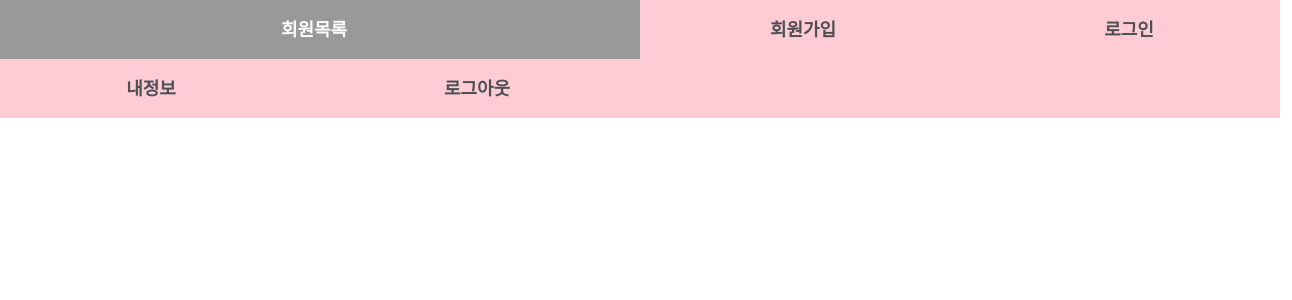
Repository: pyeonm30/PYMjspWorkspace
Page: http://localhost/MemberMVC1/01_memberlist.jsp
An editor plug-in stored every save of this project. The page is shown before and after the next save, followed by the edit.
The browser window is 1280 px wide. The page is 1292 px wide, so the pictures cover 1292 px, including what lies to the right of the window. The pictures show the whole page.
The page is served by Tomcat 10.

Above is the page before, as saved 2024-02-02 08:07:56.

After the next save:
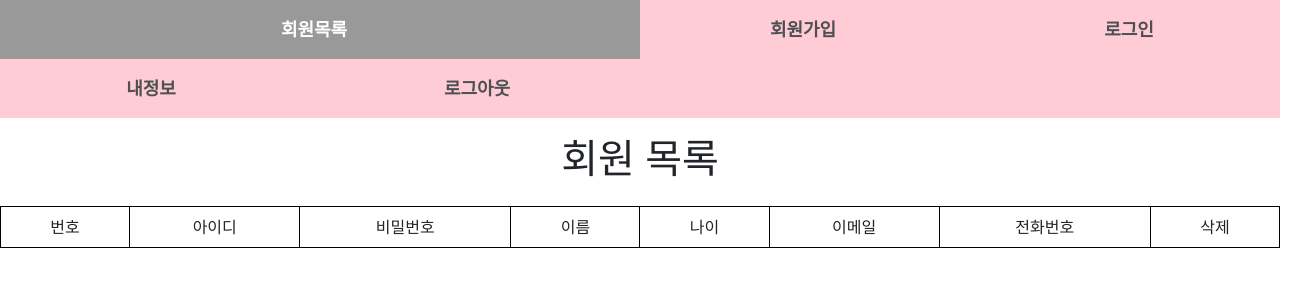
Saved 36 s later.
--- a/MemberMVC1/src/main/webapp/01_memberlist.jsp
+++ b/MemberMVC1/src/main/webapp/01_memberlist.jsp
@@ -2,5 +2,20 @@
     pageEncoding="UTF-8"%>
 <%@ include file= "header.jsp" %>
 
+<h1 class="py-3"> 회원 목록</h1>
+
+<table class=" py-10 table table-bordered">
+  <tr>
+    <td>번호</td>
+    <td>아이디</td>
+    <td>비밀번호</td>
+    <td>이름</td>
+    <td>나이</td>
+    <td>이메일</td>
+    <td>전화번호</td>
+    <td>삭제</td>
+  </tr>
+
+
 </body>
 </html>
